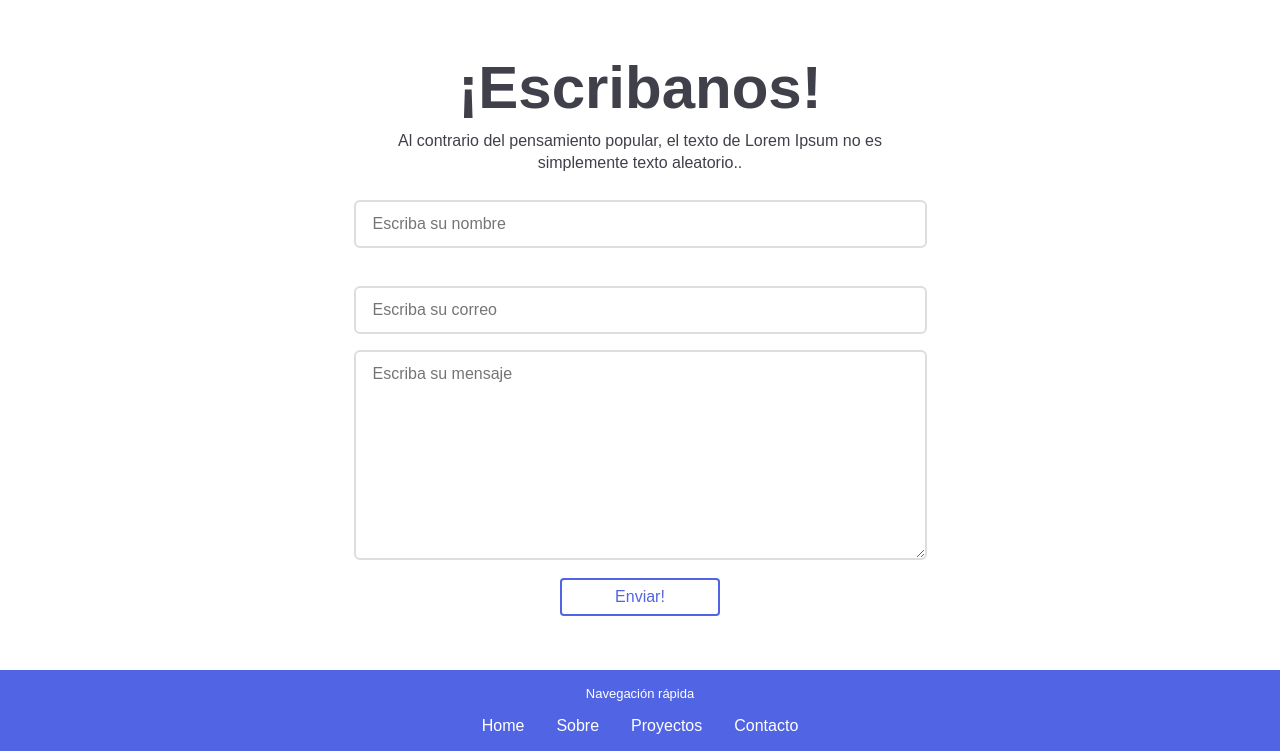
Repository: robsonmarkes/accesibilidad
Page: index.html
The author's editor kept a copy of each file at every save. The page is drawn from the files as they stood at one save, then again after the next save.
The browser window is 1280 px wide. The pictures show the part of the page from y = 1369 to 2120 px (the page is 2120 px tall before and 2098 px after).
A picture or video elsewhere on the page could not be fetched, so the positions and the page height are approximate.

Above is the page before, as saved 2022-10-11 15:46:56.

After the next save:
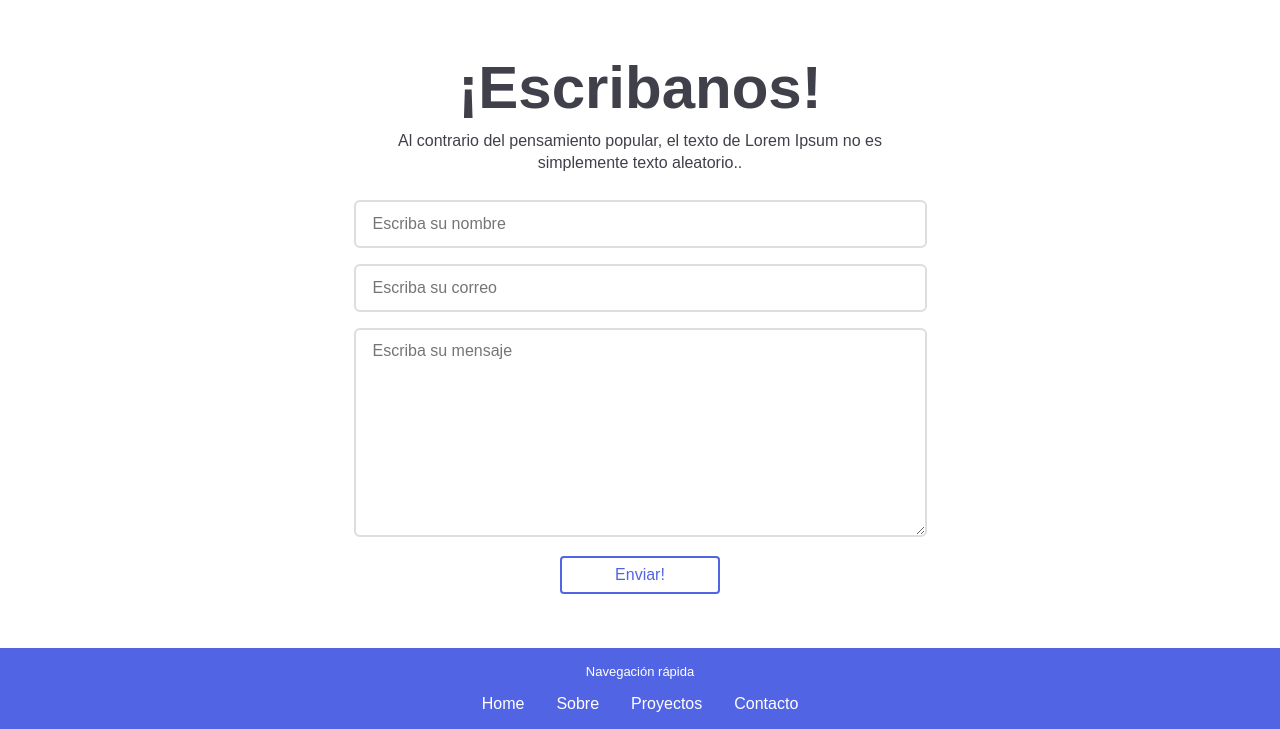
Saved 12 s later.
--- a/style.css
+++ b/style.css
@@ -185,7 +185,7 @@ body a:hover {
     font-size: 0.8rem;
     margin-left: 1rem;
     color: red;
-    visibility: hidden;
+    display: none;
 }
 
 .wrap .footer {
